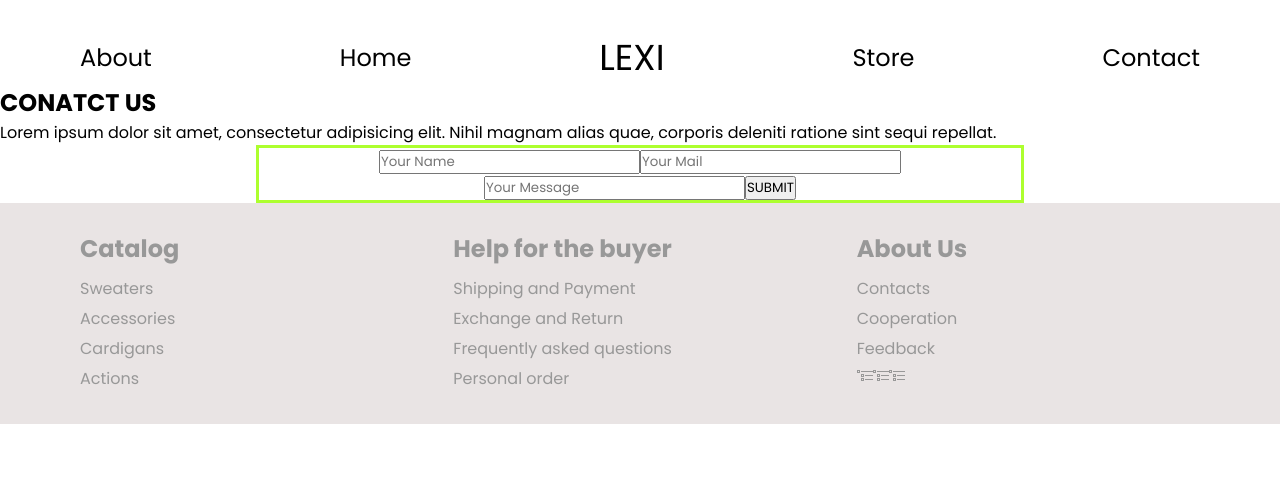
Repository: BuduCE/lexi
Page: /contact
The author's editor kept a copy of each file at every save. The page is drawn from the files as they stood at one save, then again after the next save.
The browser window is 1280 px wide. The pictures show the whole page.
The project was rebuilt for these pictures with package versions that can differ from the ones it lists, and the page was loaded fresh each time. The framework's server and built-in components were replaced by stand-ins that run in the browser. Also part of the build but not shown: nuxt.config.ts, components/CartIcon.vue, components/Icons/Cart.vue, components/Icons/Close.vue, components/Icons/CloseHam.vue, components/Icons/RightArrow.vue, components/Product.vue.

Above is the page before, as saved 2023-05-24 06:38:28.

After the next save:
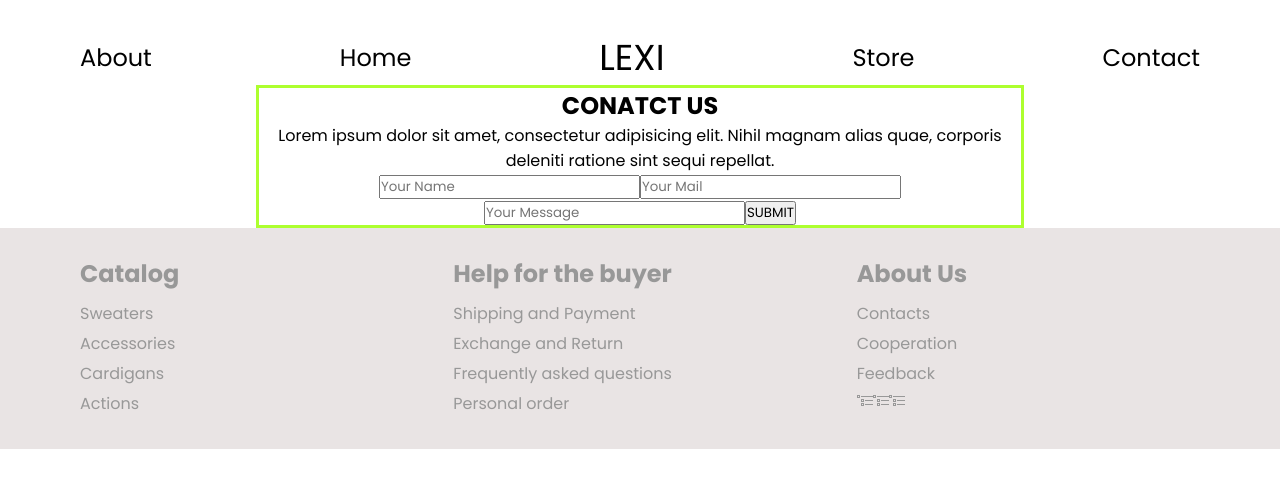
Saved 36 s later.
--- a/pages/contact.vue
+++ b/pages/contact.vue
@@ -21,7 +21,7 @@
 </template>
 
 <style>
-form{
+.form{
     width: 60%;
     margin: auto;
     border: 3px solid greenyellow;
